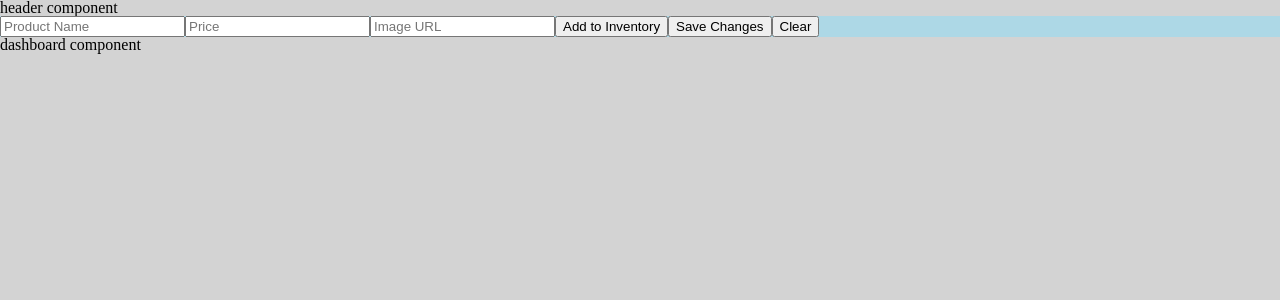
Repository: ooter37/shelfie
Page: /
The author's editor kept a copy of each file at every save. The page is drawn from the files as they stood at one save, then again after the next save.
The browser window is 1280 px wide. The pictures show the whole page.
The page's requests for data from a server got no answer. The project was rebuilt for these pictures with package versions that can differ from the ones it lists, and the page was loaded fresh each time. No one was signed in, and anything a server would have sent is missing. Also part of the build but not shown: src/Components/Product/Product.js.

Above is the page before, as saved 2020-04-03 18:10:49.

After the next save:
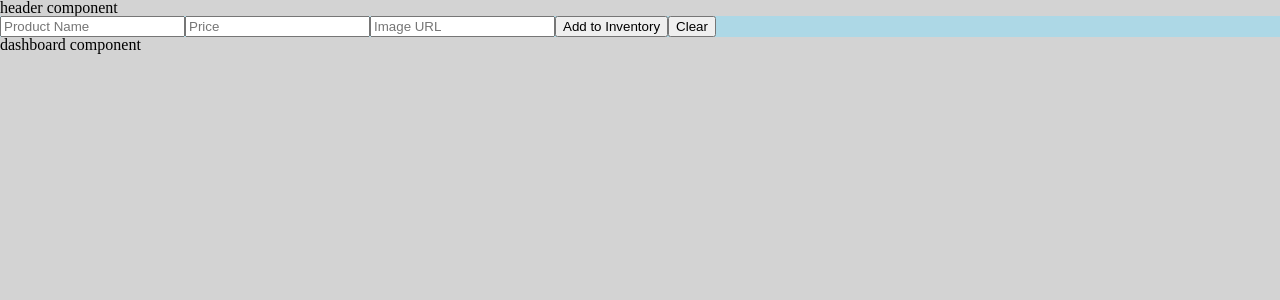
Saved 55 s later.
--- a/src/Components/Form/Form.js
+++ b/src/Components/Form/Form.js
@@ -100,7 +100,7 @@
                     placeholder='Image URL'
                 ></input>
                 <button onClick={this.addProduct}>Add to Inventory</button>
-                <button onClick={this.updateProduct(this.state.id)}>Save Changes</button>
+                {/* <button onClick={this.updateProduct(this.state.id)}>Save Changes</button> */}
                 <button
                     onClick={this.resetButton}
                 >Clear</button>

After the 2 saves that followed:
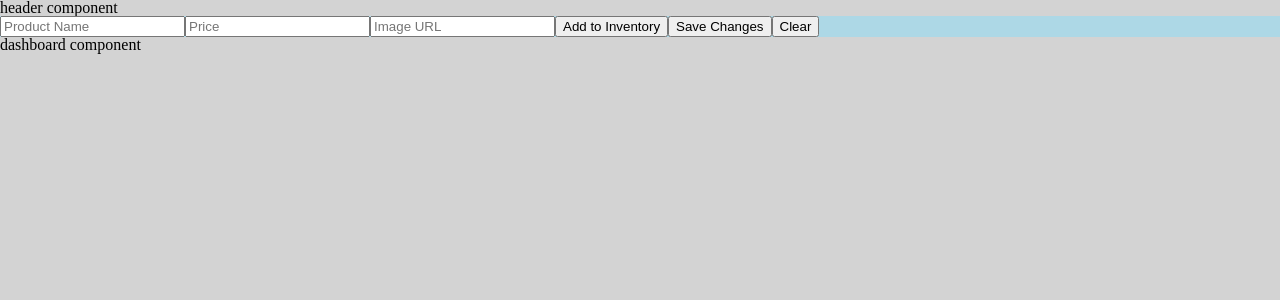
The 2 saves are shown as one change because 1 left the picture as it was.
The last was saved 62 s later.
--- a/src/Components/Form/Form.js
+++ b/src/Components/Form/Form.js
@@ -7,8 +7,8 @@
         this.state = {
             name: '',
             price: '',
-            img: '',
-            id: ''
+            img: ''
+            // id: ''
         }
         this.nameChangeHandler = this.nameChangeHandler.bind(this)
         this.priceChangeHandler = this.priceChangeHandler.bind(this)
@@ -31,7 +31,7 @@
                 name: res.data[0].name,
                 price: res.data[0].price,
                 img: res.data[0].img,
-                id: res.data[0].id
+                // id: res.data[0].id
             })
         })
     }
@@ -100,7 +100,7 @@
                     placeholder='Image URL'
                 ></input>
                 <button onClick={this.addProduct}>Add to Inventory</button>
-                {/* <button onClick={this.updateProduct(this.state.id)}>Save Changes</button> */}
+                <button onClick={this.updateProduct(this.state.id)}>Save Changes</button>
                 <button
                     onClick={this.resetButton}
                 >Clear</button>
